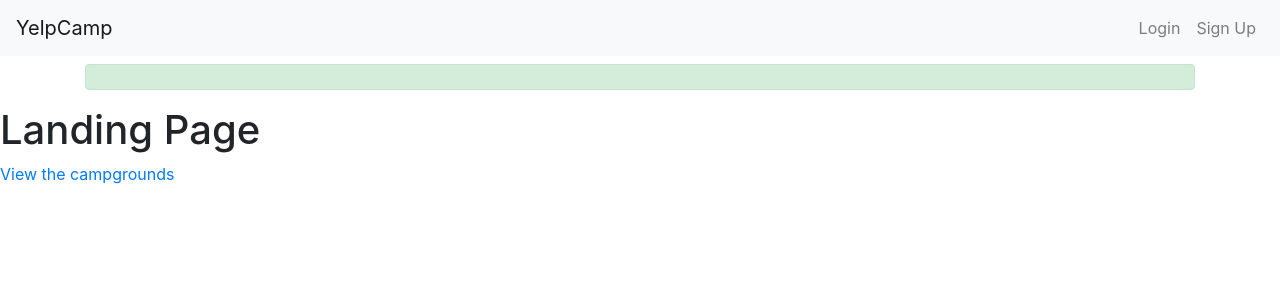
Repository: bosicheng/yelpcamp-project
Page: http://localhost/
The author's editor kept a record of every edit. The page is drawn from the files as they stood at one moment, then again after a run of edits.
The browser window is 1280 px wide. The pictures show the whole page.
Some web libraries are served in a nearby version. The page is served by the project's Node server (YelpCamp/v11/app.js).

Above is the page before.
Console error (its wording comes from the project's code and is left out).

After the next 2 edits:
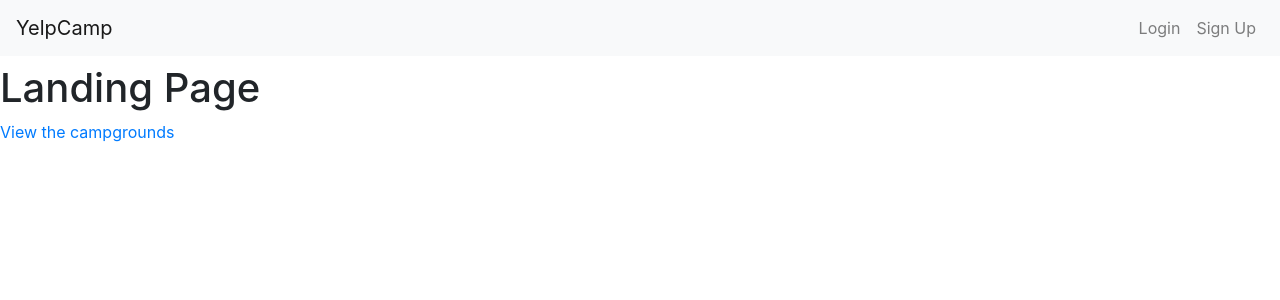
The 2 edits are shown as one change because 1 did not build or start.
The edit:
--- a/YelpCamp/v11/views/partials/header.ejs
+++ b/YelpCamp/v11/views/partials/header.ejs
@@ -38,8 +38,10 @@
 
         <% } %>
 
+         <% if(success && success.length>0){  %>
         <div class="container">
           <div class="alert alert-success" role="alert">
             <%= success %>
           </div>
         </div>
+        <% } %>
